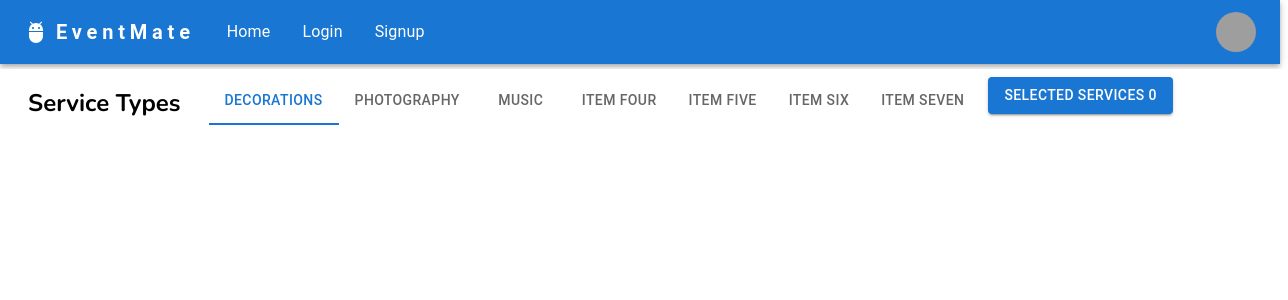
Repository: Farida-Yeasmin-Mim/EventMate_Frontend
Page: /filterpage
An editor plug-in stored every save of this project. The page is shown before and after the next save, followed by the edit.
The browser window is 1280 px wide. The page is 1288 px wide, then 1280 px, so the pictures cover 1288 px, including what lies to the right of the window. The pictures show the whole page.
Pictures or frames that could not be fetched are drawn as grey boxes. The page's requests for data from a server got no answer. The project was rebuilt for these pictures with package versions that can differ from the ones it lists, and the page was loaded fresh each time. No one was signed in, and anything a server would have sent is missing. Also part of the build but not shown: src/components/PostRequest.js, src/pages/auth/Login.js, src/components/seletionTextField/selectGender.js, src/pages/auth/Signup.js, src/components/vendor/RegVendor.js, src/components/offer.js, src/components/productcategories.js, src/components/icontabs.js and 15 more.

Above is the page before, as saved 2022-08-16 18:00:57.

After the next save:
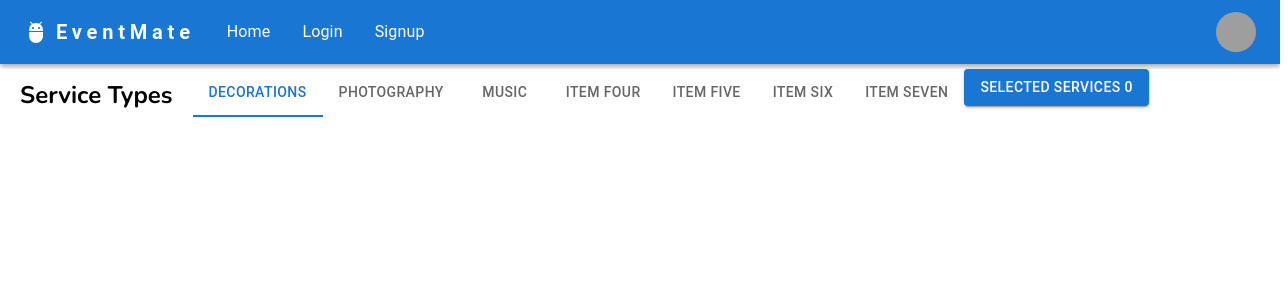
Saved 32 s later.
--- a/src/components/event/filter/FilterPage.js
+++ b/src/components/event/filter/FilterPage.js
@@ -44,7 +44,7 @@ export default function ScrollableTabsButtonAuto() {
     };
 
     return (
-        <Grid container spacing={1} style={{ background: '#fff', margin: '5px 0' }}>
+        <Grid container style={{ background: '#fff', margin: '5px 0' }}>
             <Grid item spacing={2}>
                 <h2 style={{ color: "#000", textAlign: "center", padding: "10px 20px", background: '#fff' }}>Service Types</h2>
 
